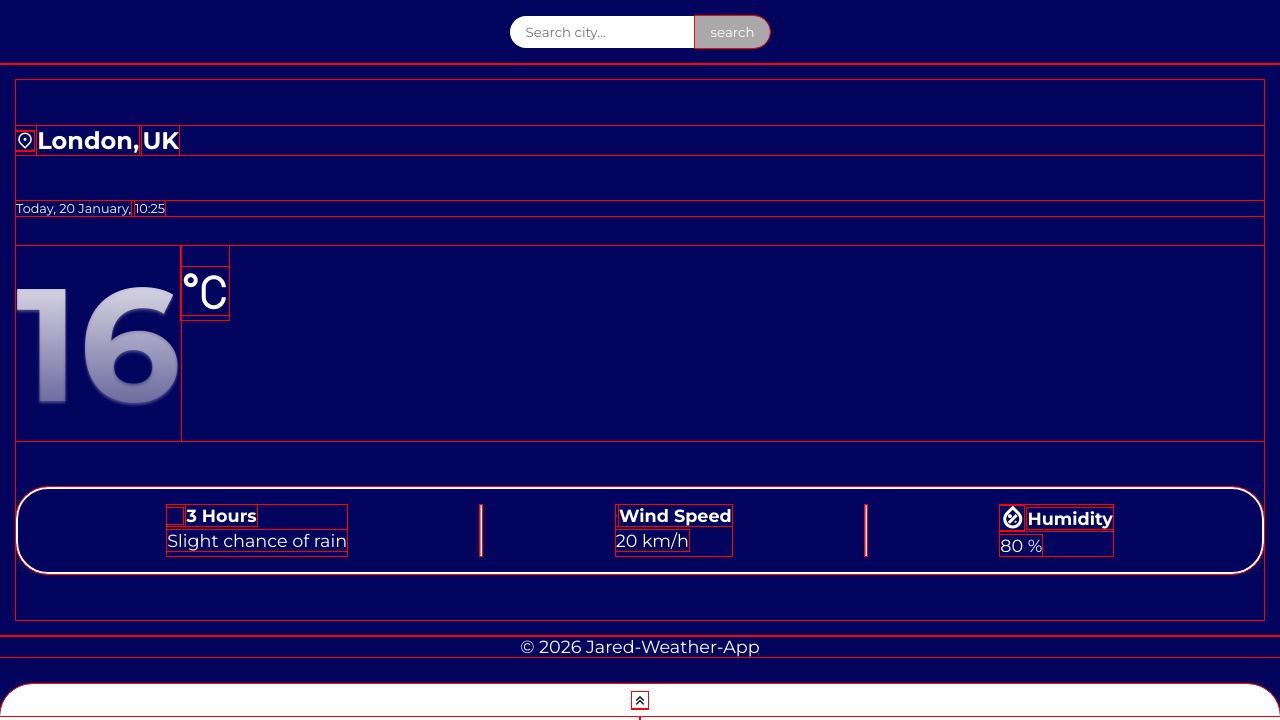
Repository: EguJaredoBoyd/Jared-Weather-App
Page: main.html
The author's editor kept a copy of each file at every save. The page is drawn from the files as they stood at one save, then again after the next save.
The browser window is 1280 px wide. The pictures show the whole page.
Some icons come from a web library that is not loaded, so they are not drawn. Some web libraries are served in a nearby version.

Above is the page before, as saved 2026-02-09 02:51:35.

After the next save:
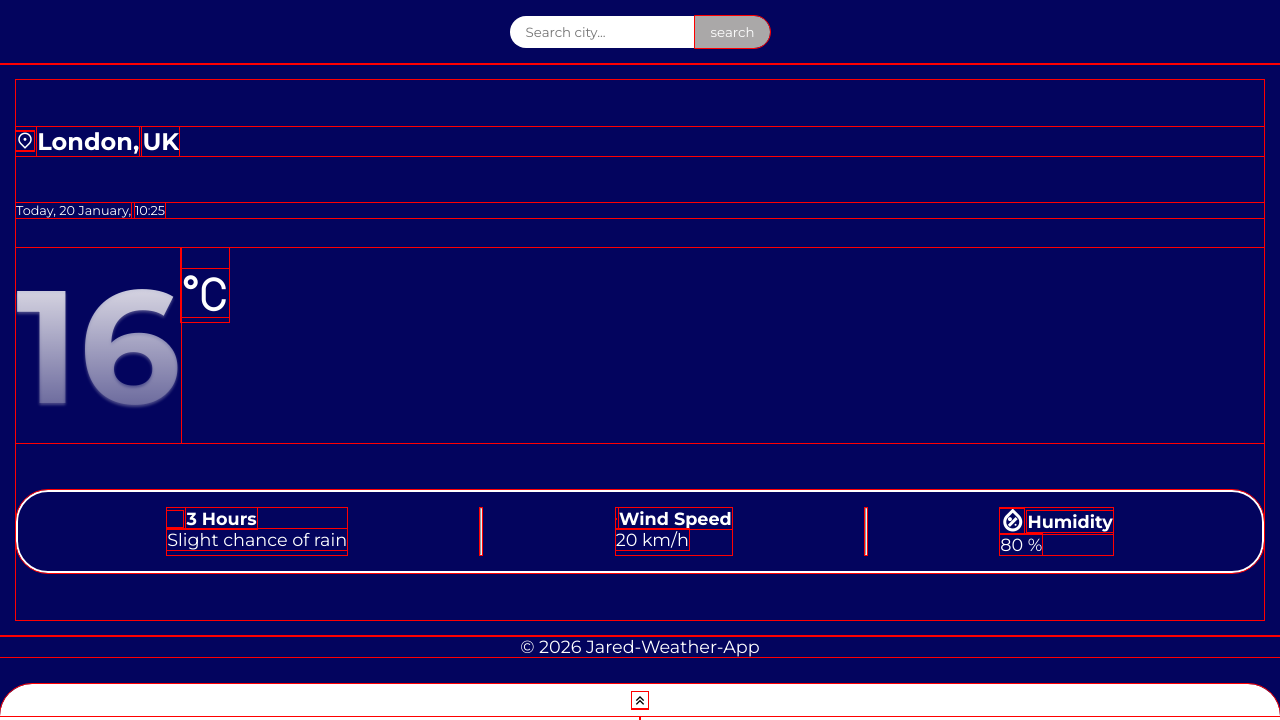
Saved 19 s later.
--- a/css/styles.css
+++ b/css/styles.css
@@ -137,7 +137,6 @@ main {
   align-items: center;
   justify-self: start;
   column-gap: 0.2rem;
-  margin-bottom: clamp(0.1rem, 0.5vh, 1rem);
   font-size: clamp(0.5rem, 2vw, 1.1rem);
   font-weight: 700;
 }
